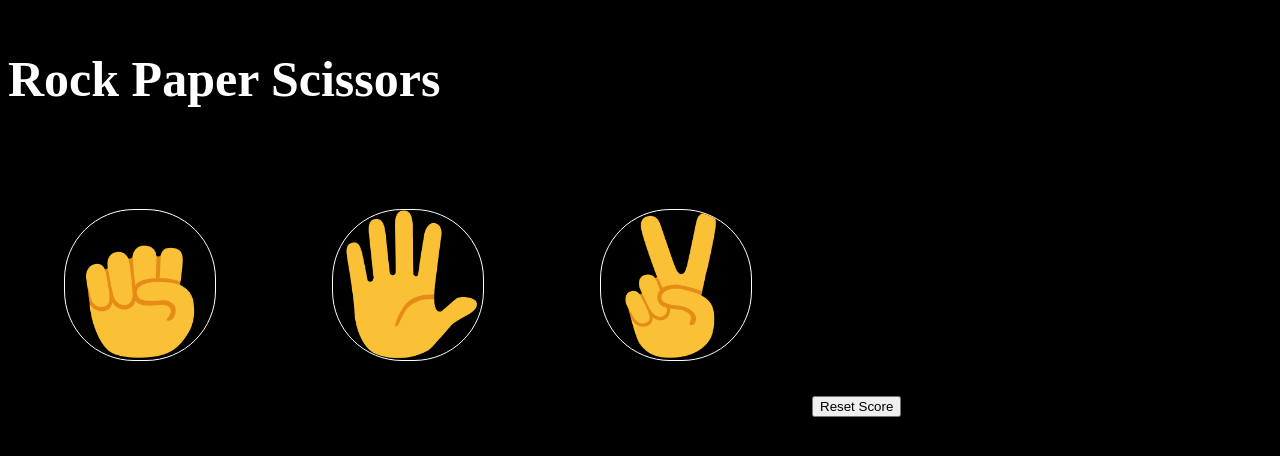
Repository: pgyunknown/Rock_paper_scissors-
Page: index.html
The author's editor kept a copy of each file at every save. The page is drawn from the files as they stood at one save, then again after the next save.
The browser window is 1280 px wide. The pictures show the whole page.

Above is the page before, as saved 2024-08-30 17:05:04.

### index.html

<!DOCTYPE html>
<html>
  <head>
    <title>Rock Paper Scissors</title>
    <link rel="stylesheet" href="index.css">
  </head>
  <body>
    <p class="title">Rock Paper Scissors</p>
    <button onclick="
      playGame('rock');
    "class="emoji"><img src="images/rock-emoji.png" alt=""></button>

    <button onclick="
      playGame('paper');
    " class="emoji"><img src="images/paper-emoji.png" alt=""></button>

    <button onclick="
      playGame('scissors');
    " class="emoji"><img src="images/scissors-emoji.png" alt=""></button>

    <button onclick="
      score.wins = 0;
      score.losses = 0;
      score.ties = 0;
      localStorage.removeItem('score');
    ">Reset Score</button>

    <script src="index.js">

    </script>
  </body>
</html>

### index.css
body{
  background-color: black;
  color: white;
}
.title{
  font-size: 50px;
  font-weight: bold;
}

button img{
  height: 150px;
  width: 150px;
  background-color: black;
  border: 1px solid white;
  border-radius: 70px;
  margin: 50px;
}
.emoji{
  background-color: black;
  border: none;
}

### index.js
      let score = JSON.parse(localStorage.getItem('score')) || {
        wins: 0,
        losses: 0,
        ties: 0
      };

      function pickComputerMove() {
        const randomNumber = Math.random();

        let computerMove = '';

        if (randomNumber >= 0 && randomNumber < 1 / 3) {
          computerMove = 'rock';
        } else if (randomNumber >= 1 / 3 && randomNumber < 2 / 3) {
          computerMove = 'paper';
        } else if (randomNumber >= 2 / 3 && randomNumber < 1) {
          computerMove = 'scissors';
      }

        return computerMove;
      }
      function playGame(playerMove) {
        const computerMove = pickComputerMove();

        let result = '';

        if (playerMove === 'scissors') {
          if (computerMove === 'rock') {
            result = 'You lose.';
          } else if (computerMove === 'paper') {
            result = 'You win.';
          } else if (computerMove === 'scissors') {
            result = 'Tie.';
          }

        } else if (playerMove === 'paper') {
          if (computerMove === 'rock') {
            result = 'You win.';
          } else if (computerMove === 'paper') {
            result = 'Tie.';
          } else if (computerMove === 'scissors') {
            result = 'You lose.';
          }

        } else if (playerMove === 'rock') {
          if (computerMove === 'rock') {
            result = 'Tie.';
          } else if (computerMove === 'paper') {
            result = 'You lose.';
          } else if (computerMove === 'scissors') {
            result = 'You win.';
          }
        }

        if (result === 'You win.') {
          score.wins += 1;
        } else if (result === 'You lose.') {
          score.losses += 1;
        } else if (result === 'Tie.') {
          score.ties += 1;
        }

        localStorage.setItem('score', JSON.stringify(score));

        alert(`You picked ${playerMove}. Computer picked ${computerMove}. ${result}
Wins: ${score.wins}, Losses: ${score.losses}, Ties: ${score.ties}`);
      }

After the next save:
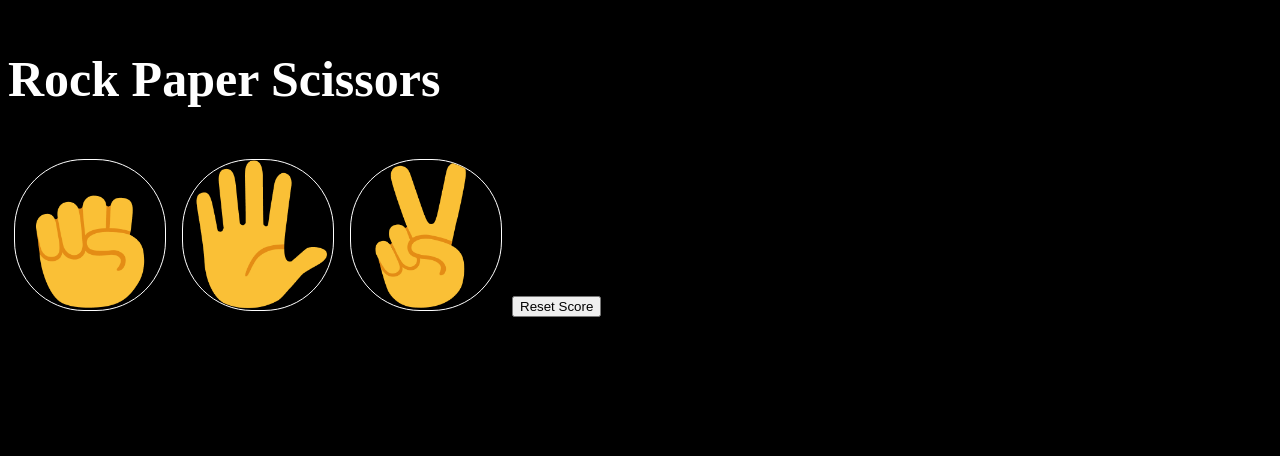
Saved 6 s later.
--- a/index.css
+++ b/index.css
@@ -13,7 +13,7 @@ button img{
   background-color: black;
   border: 1px solid white;
   border-radius: 70px;
-  margin: 50px;
+  padding: 0px;
 }
 .emoji{
   background-color: black;
